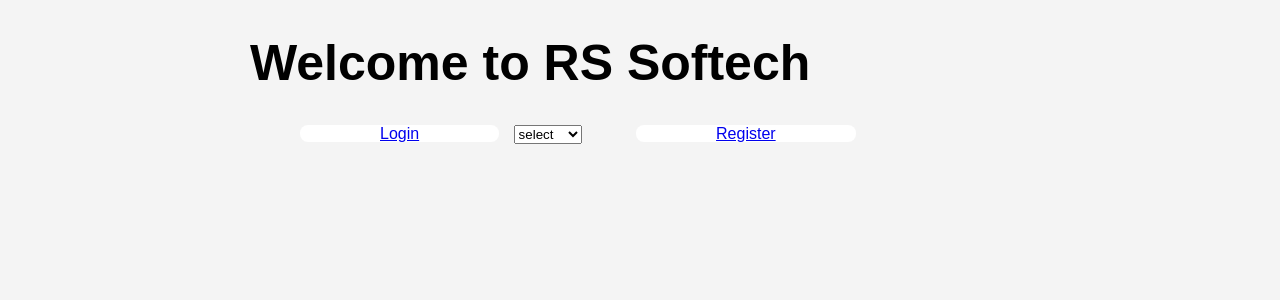
Repository: snehal-shinde151/my_repo
Page: classpro/src/main/webapp/welcome.html
These files come from the project's save history. The page is drawn as it stood at one moment and after the next save; the edit follows.
The browser window is 1280 px wide. The pictures show the whole page.

Above is the page before, as saved 2025-03-11 04:08:25.

After the next save:
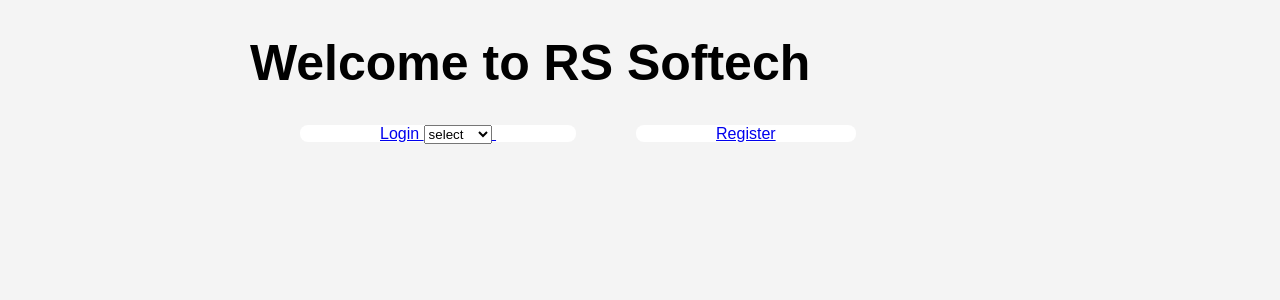
Saved 5 min 34 s later.
--- a/classpro/src/main/webapp/welcome.html
+++ b/classpro/src/main/webapp/welcome.html
@@ -30,12 +30,14 @@
 </style>
   <h1> Welcome to RS Softech</h1>
    <label for="student"></label>
-  <a class="btn"  value="Login" href="login.html">Login</a>
-    <select name="role">
+  <a class="btn"  value="Login" href="login.html">Login
+  <select name="role">
            <option value="select">select</option>
 			<option value="STUDENT">Student</option>
 			<option value="ADMIN">Admin</option>
             </select>
+  </a>
+
     <a class="btn" value="Register" href="Registration.html">Register</a>
 
 </body>

After the save that followed:
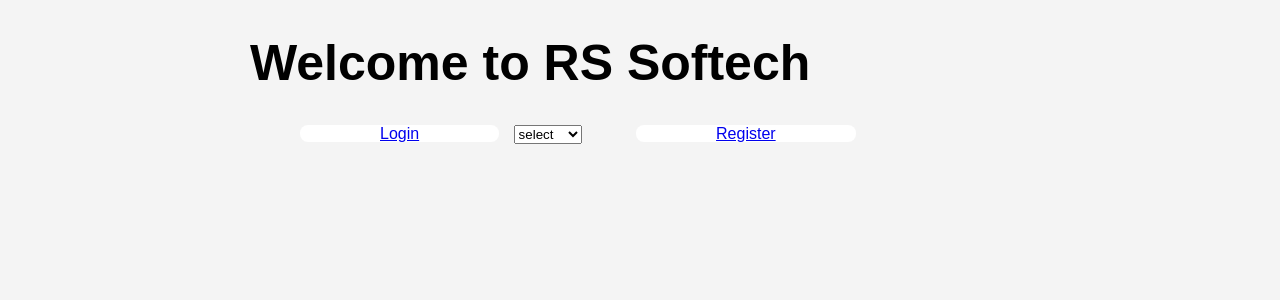
Saved 84 s later.
--- a/classpro/src/main/webapp/welcome.html
+++ b/classpro/src/main/webapp/welcome.html
@@ -30,13 +30,12 @@
 </style>
   <h1> Welcome to RS Softech</h1>
    <label for="student"></label>
-  <a class="btn"  value="Login" href="login.html">Login
-  <select name="role">
+  <a class="btn"  value="Login" href="login.html">Login</a>
+   <select name="role">
            <option value="select">select</option>
 			<option value="STUDENT">Student</option>
 			<option value="ADMIN">Admin</option>
             </select>
-  </a>
 
     <a class="btn" value="Register" href="Registration.html">Register</a>
 
